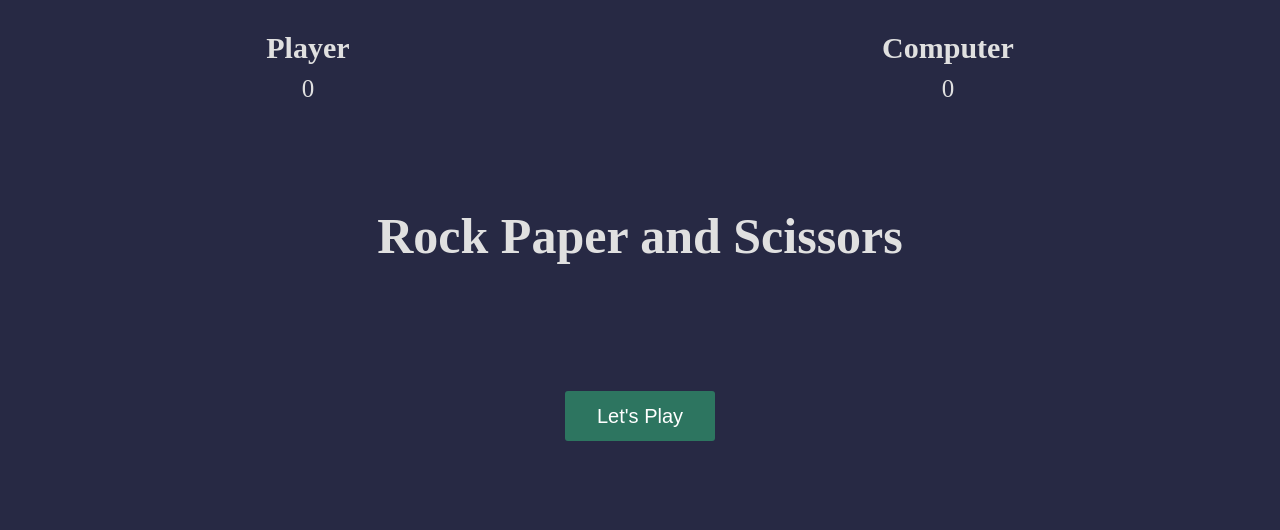
Repository: issaRan/Rock-Paper-Scissors
Page: index.html
An editor plug-in stored every save of this project. The page is shown before and after the next save, followed by the edit.
The browser window is 1280 px wide. The pictures show the whole page.

Above is the page before, as saved 2020-10-24 00:41:49.

### index.html
<!DOCTYPE html>
<html lang="en">
<head>
    <meta charset="UTF-8">
    <meta name="viewport" content="width=device-width, initial-scale=1.0">
    <title>Rock Paper Scissors</title>
    <link rel="stylesheet" href="./style.css">
</head>
<body>
    <section class="game">
        <div class="score">
            <div class="player-score">
                <h2>Player</h2>
                <p>0</p>
            </div>
            <div class="computer-score">
                <h2>Computer</h2>
                <p>0</p>
            </div>
        </div>
        <div class="intro">
            <h1>Rock Paper and Scissors</h1>
            <button>Let's Play</button>
        </div>
        <div class="match fadeOut">
            <div class="winner">Choose an option</div>
            <div class="hands">
                <img class="player-hand" src="assets/rock.png" alt="">
                <img class="computer-hand" src="assets/rock.png" alt="">
            </div>
            <div class="options">
                <button class="rock">rock</button>
                <button class="paper">paper</button>
                <button class="scissors">scissors</button>
            </div>
        </div>
        <div class="result fadeOut">
            <div class="theWinner"></div>
            <button class="newGame">Start New game</button>
        </div>
    </section>
    <script src="app.js"></script>
</body>
</html>

### style.css
*{
    margin: 0;
    padding: 0;
    box-sizing: border-box;
}

section{
    height: 100vh;
    background-color: rgba(39, 41, 68);
    font-family: 'Times New Roman', Times, serif;
}
.score{
    color: rgba(224, 224, 224);
    height: 20vh;
    display: flex;
    justify-content: space-around;
    align-items: center;
}
.score h2 {
    font-size: 30px;
}
.score p {
    text-align: center;
    padding: 10px;
    font-size: 25px;
}

.intro {
    color: rgba(224, 224, 224);
    height: 50vh;
    flex-direction: column;
    display: flex;
    align-items: center;
    justify-content: space-around;
    transition: opcaity 0.5s ease;
}
.intro h1 {
    font-size: 50px;
}
.intro button, .match button, .result button{
    width: 150px;
    height: 50px;
    background: none;
    border: none;
    color: white;
    font-size: 20px;
    background-color: rgb(45,117,96);
    border-radius: 3px;
    cursor: pointer;
}

.match {
    position: absolute;
    top: 50%;
    left: 50%;
    transform: translate(-50%,-50%);
    transition: opcaity 0.5s ease 0.5s;
}
.winner {
    color: rgba(224, 224, 224);
    text-align: center;
    font-size: 50px;
}

.hands, .options {
    display: flex;
    justify-content: space-around;
    align-items: center;
}

.player-hand{
    transform: rotateY(180deg);
}

div.fadeOut{
     opacity: 0;
     pointer-events: none;
}

div.fadeIn {
    opacity: 1;
    pointer-events: all;
}

.result {
    justify-content: space-around;
    align-items: center;
    text-align: center;
}
.theWinner {
    margin-top: 0px;
    font-size: 50px;
    color: white;
}

### app.js
let playerScore = 0;
let computerScore = 0;

const game = () => {
    const startGame = () => {
        const playerBtn = document.querySelector(".intro button")
        const introScreen = document.querySelector(".intro")
        const match = document.querySelector('.match')
        playerBtn.addEventListener('click',() => {
            introScreen.classList.add('fadeOut')
            match.classList.add('fadeIn')
        });
    };
    startGame();
};
const playMatch = () =>{
    const options = document.querySelectorAll(".options button")
    const playerHand = document.querySelector(".player-hand")
    const computerHand = document.querySelector(".computer-hand")
    const computerOptions = ['rock','paper','scissors']
    const announceWinner = document.querySelector(".result")
    const match = document.querySelector('.match')
    const postWinner = document.querySelector('.theWinner')
    options.forEach(option=>{
        option.addEventListener('click',function(){
            const randomNumberForOption = Math.floor(Math.random() * 3);
            checkWinner(this.textContent,computerOptions[randomNumberForOption])
            playerHand.src = `./assets/${this.textContent}.png`
            computerHand.src = `./assets/${computerOptions[randomNumberForOption]}.png`
            updateScore()
            if(playerScore == 5 || computerScore == 5){
                match.classList.remove('fadeIn')
                playerScore > computerScore ? postWinner.textContent = 'Player Wins !' : postWinner.textContent = 'Computer Wins !'
                announceWinner.classList.add('fadeIn')
            }
        })
    })
}

const updateScore = () =>{
    const pScore = document.querySelector(".player-score p")
    const cScore = document.querySelector(".computer-score p")
    pScore.textContent = playerScore
    cScore.textContent = computerScore
}
const checkWinner = (player,computer) => {
    console.log(player)
    console.log(computer)
    const winner = document.querySelector(".winner")
    console.log(winner)
    if(player == computer){
        winner.textContent = 'Tie !'
        return
    }
    if(player === 'rock'){
        if(computer === 'scissors'){
            winner.textContent = 'Player Wins !'
            playerScore++;
        }else{
            winner.textContent = 'Computer Wins !'
            computerScore++
        }
    }
    if(player === 'scissors'){
        if(computer === 'paper'){
            winner.textContent = 'Player Wins !'
            playerScore++;
        }else{
            winner.textContent = 'Computer Wins !'
            computerScore++
        }
    }
    if(player === 'paper'){
        if(computer === 'rock'){
            winner.textContent = 'Player Wins !'
            playerScore++;
        }else{
            winner.textContent = 'Computer Wins !'
            computerScore++
        }
    }
}
playMatch()
game()

After the next save:
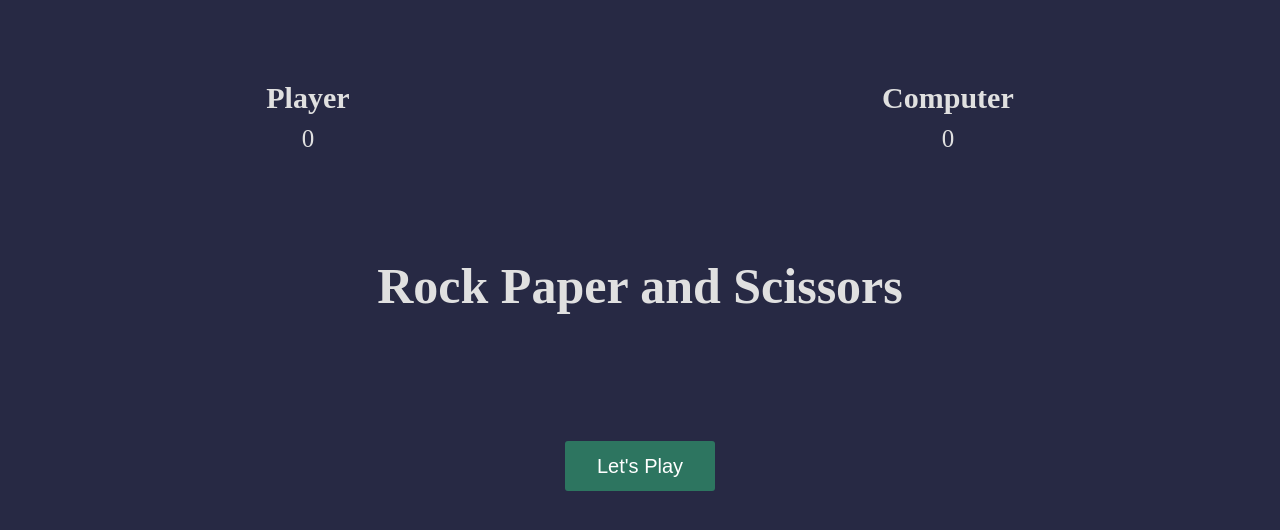
Saved 2 min 44 s later.
--- a/index.html
+++ b/index.html
@@ -8,6 +8,10 @@
 </head>
 <body>
     <section class="game">
+        <div class="result fadeOut">
+            <div class="theWinner"></div>
+            <button class="newGame">Start New game</button>
+        </div>
         <div class="score">
             <div class="player-score">
                 <h2>Player</h2>
@@ -34,10 +38,6 @@
                 <button class="scissors">scissors</button>
             </div>
         </div>
-        <div class="result fadeOut">
-            <div class="theWinner"></div>
-            <button class="newGame">Start New game</button>
-        </div>
     </section>
     <script src="app.js"></script>
 </body>
